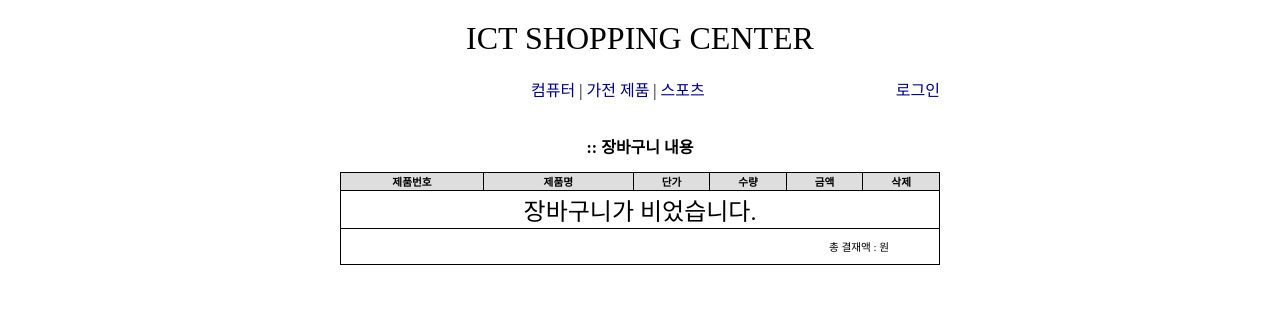
Repository: xlz5000/ICT
Page: http://localhost/spring_mvc02/WEB-INF/views/day08/cartList.jsp
These files come from the project's save history. The page is drawn as it stood at one moment and after the next save; the edit follows.
The browser window is 1280 px wide. The pictures show the whole page.
The page is served by Tomcat 9. Nobody is signed in. The template is opened directly, without the code that normally fills it, so the values that code supplies are empty.

Above is the page before, as saved 2025-04-17 03:54:05.

After the next save:
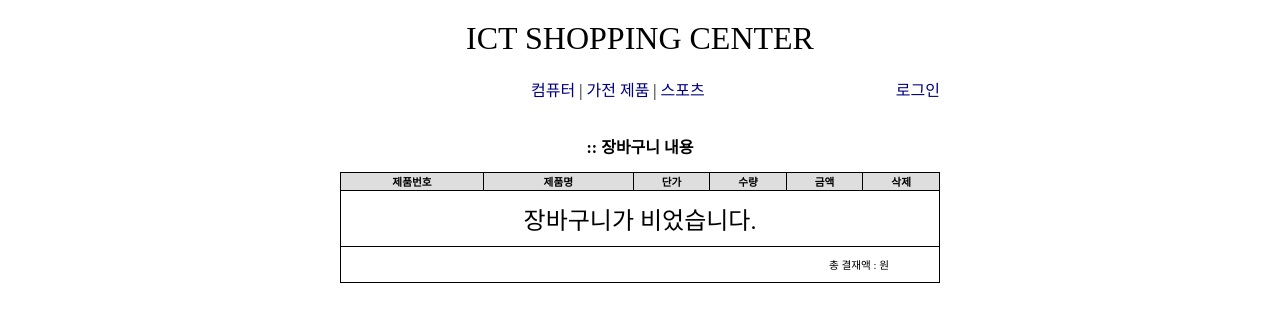
Saved 110 s later.
--- a/spring_mvc02/src/main/webapp/WEB-INF/views/day08/cartList.jsp
+++ b/spring_mvc02/src/main/webapp/WEB-INF/views/day08/cartList.jsp
@@ -19,6 +19,11 @@ table {
 table, th, td {
 	border: 1px solid black;
 
+}
+
+
+td{
+padding: 10px 50px;
 }
 </style>
 </head>
